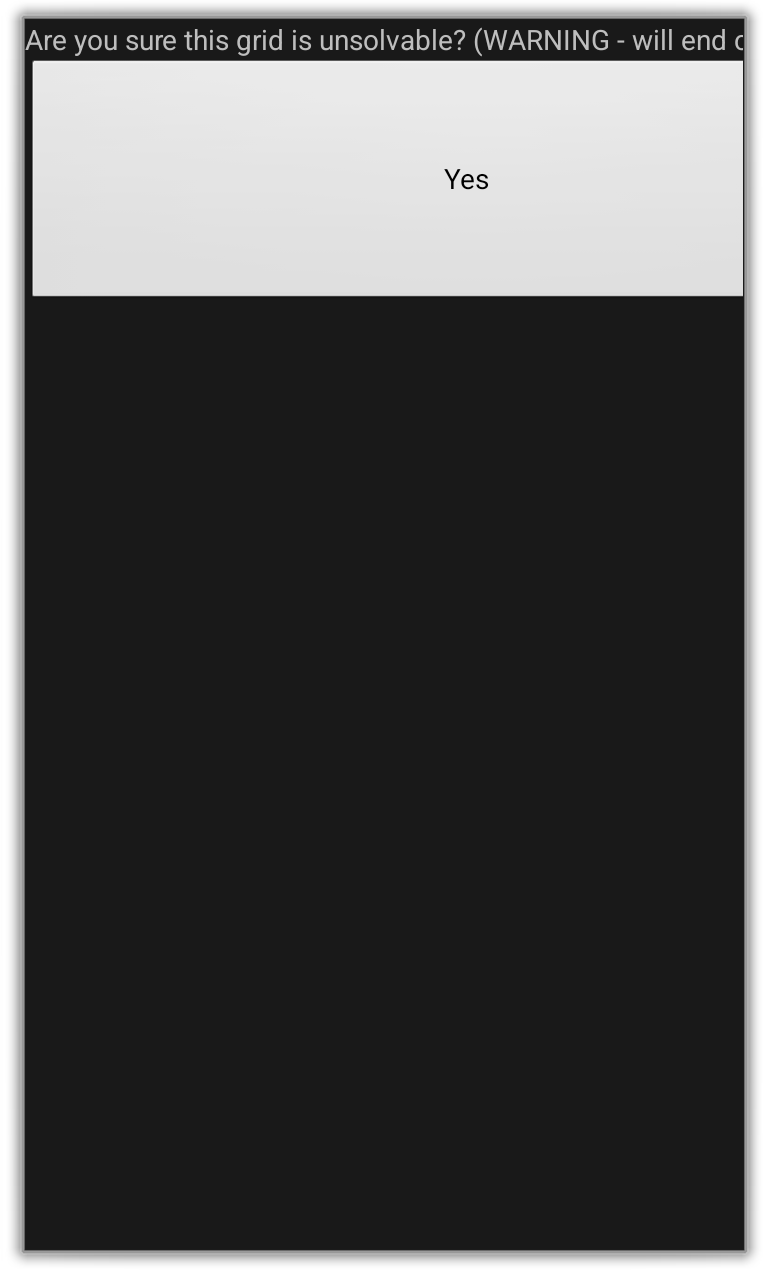
Repository: rickydalziel/project
Layout: Numbersorter/res/layout/activity_unsolve_dialog.xml
These files come from the project's save history. The layout is drawn as it stood at one moment and after the next save; the edit follows.
It is drawn on a 768 x 1280 px phone screen (xhdpi) without system bars, with theme android:Theme.Dialog; the app's code is not run.

Above is the layout before, as saved 2013-03-07 13:38:16.

After the next save:
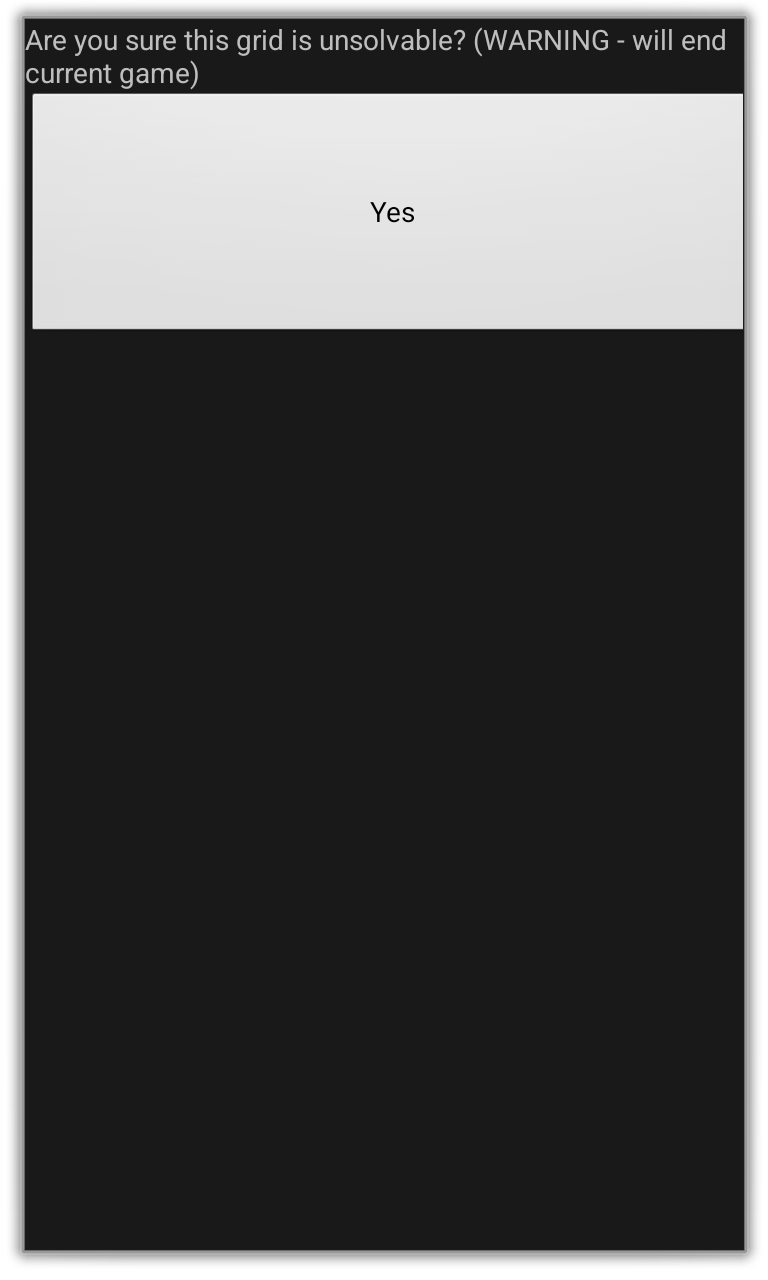
Saved 30 s later.
--- a/Numbersorter/res/layout/activity_unsolve_dialog.xml
+++ b/Numbersorter/res/layout/activity_unsolve_dialog.xml
@@ -5,8 +5,7 @@
 	        android:layout_width="fill_parent"
 			android:layout_height="fill_parent"
 	        android:orientation="vertical"
-	        android:shrinkColumns="1"
-  			android:stretchColumns="1" >
+	        android:shrinkColumns="0,1">
 
        <TableRow>
 
